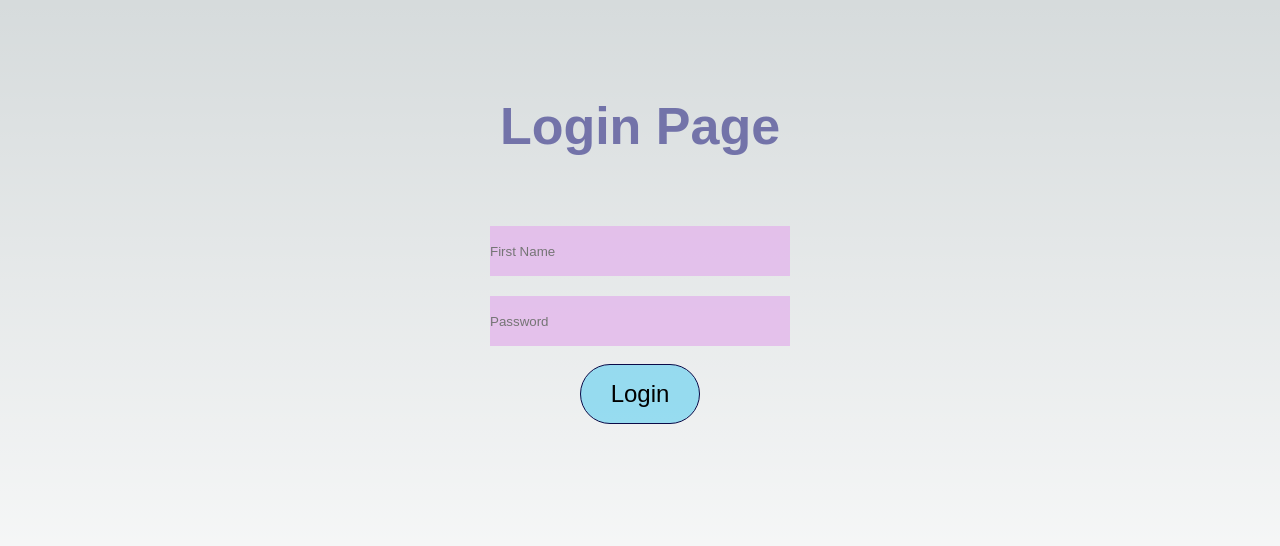
Repository: SaraShio/counter
Page: /
These files come from the project's save history. The page is drawn as it stood at one moment and after the next save; the edit follows.
The browser window is 1280 px wide. The pictures show the whole page.
The project was rebuilt for these pictures with package versions that can differ from the ones it lists, and the page was loaded fresh each time. The framework's server and built-in components were replaced by stand-ins that run in the browser. Also part of the build but not shown: next.config.js.

Above is the page before, as saved 2023-01-15 22:59:07.

After the next save:
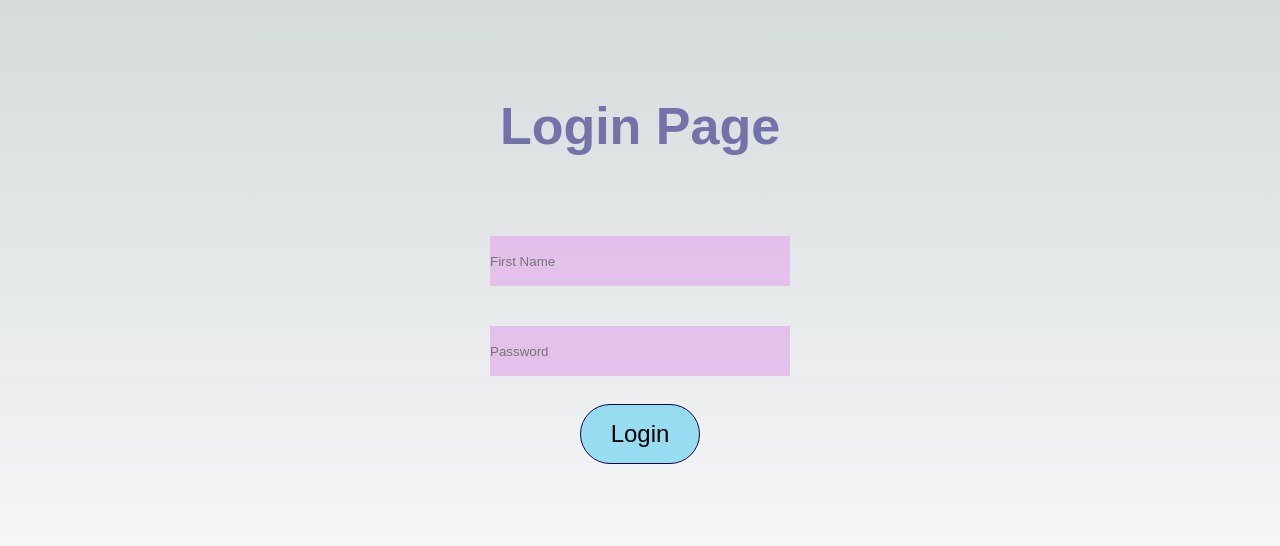
Saved 15 s later.
--- a/styles/Home.module.css
+++ b/styles/Home.module.css
@@ -21,7 +21,7 @@
   height: 50px;
   background-color: var(--light-purple);
   border: none;
-  margin: 10px;
+  margin: 20px;
 }
 
 
